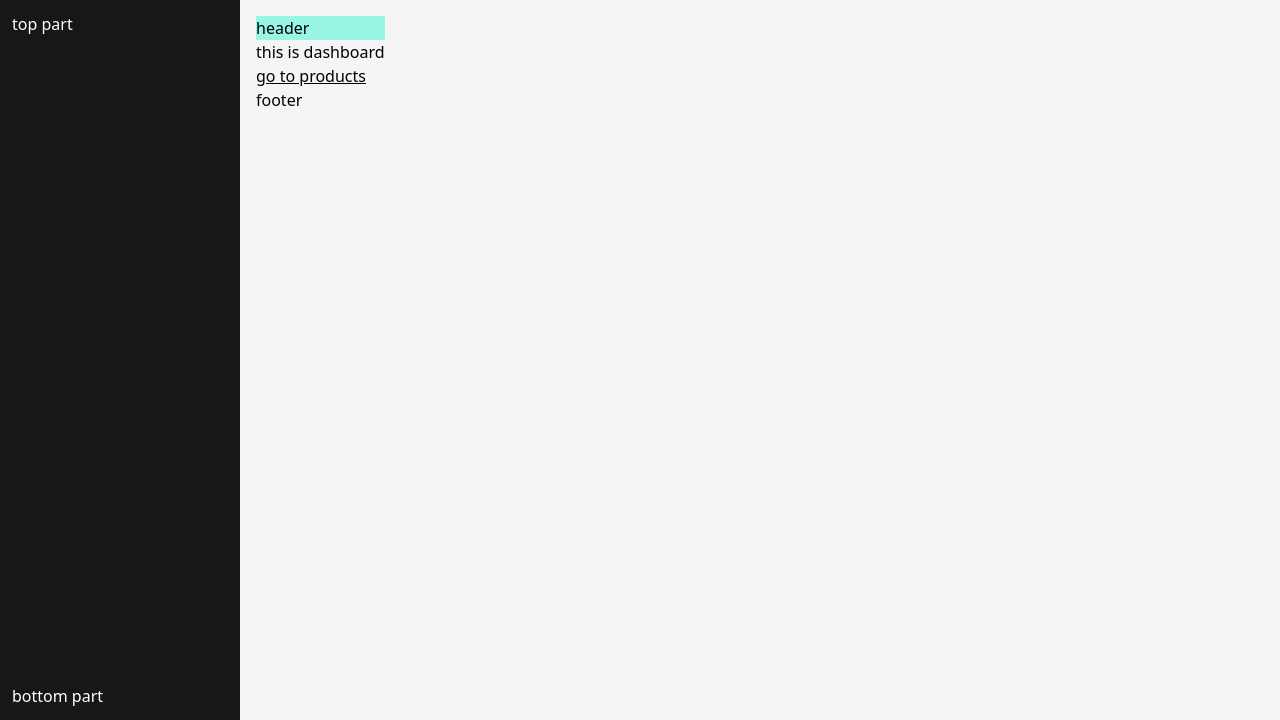
Repository: Mayar2222/Dashboard
Page: /
The author's editor kept a copy of each file at every save. The page is drawn from the files as they stood at one save, then again after a run of saves.
The browser window is 1280 px wide. The pictures show the whole page.
The project was rebuilt for these pictures with package versions that can differ from the ones it lists, and the page was loaded fresh each time. Also part of the build but not shown: src/components/Products.jsx.

Above is the page before, as saved 2024-07-17 21:33:18.

After the next 8 saves:
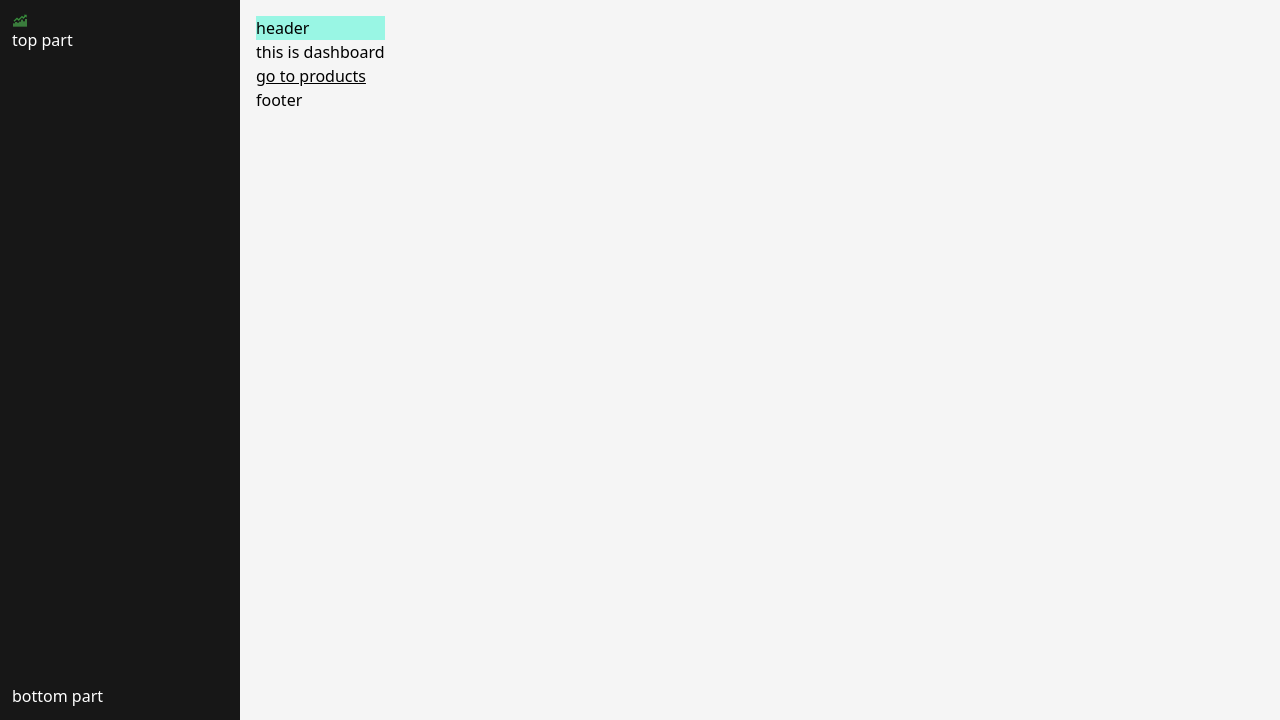
The 8 saves are shown as one change because 1 did not build or start and some came seconds apart.
The last was saved 20 s later.
--- a/src/components/shared/Sidebar.jsx
+++ b/src/components/shared/Sidebar.jsx
@@ -1,9 +1,12 @@
 import React from 'react'
+import { FcBullish } from 'react-icons/fc'
 
 export default function Sidebar() {
   return (
     <div className='bg-neutral-900 w-60 p-3 flex flex-col text-white' >
         <div className='flex'>
+<FcBullish/>
+
 
         </div>
       <div className='flex-1'>top part</div>
